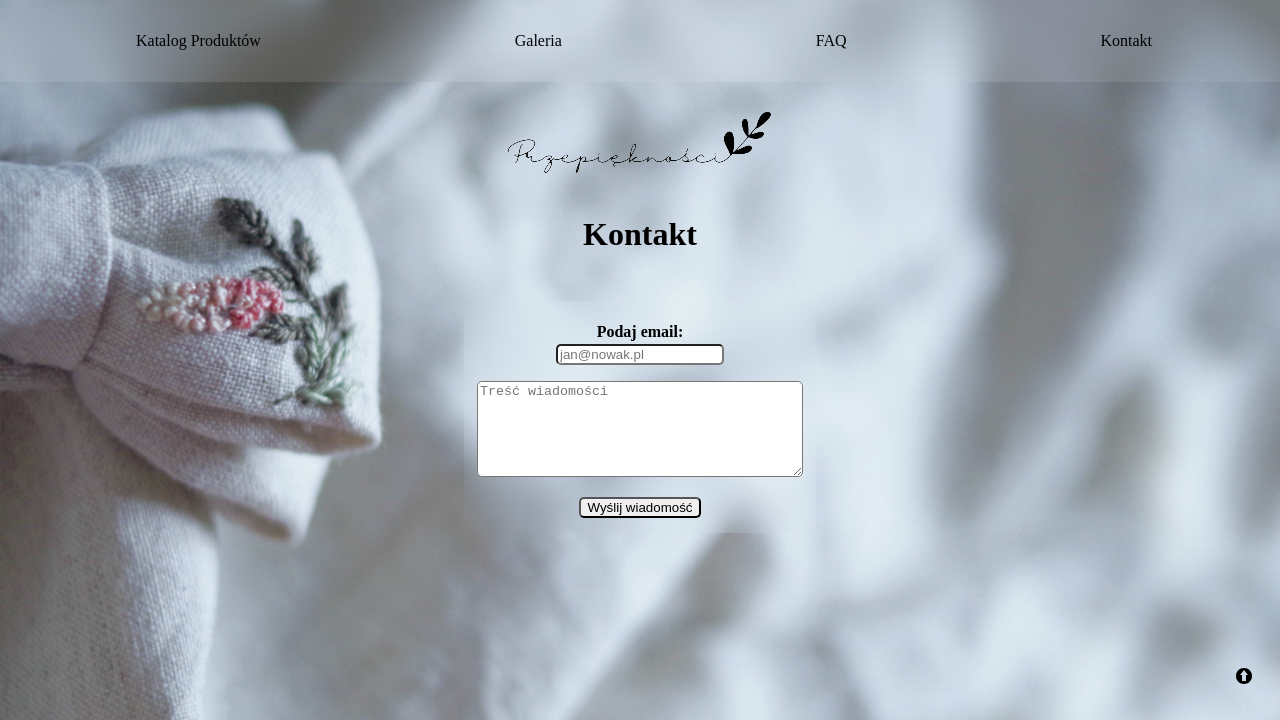
Repository: kowalkos/Rak_projekt
Page: /about
These files come from the project's save history. The page is drawn as it stood at one moment and after the next save; the edit follows.
The browser window is 1280 px wide. The pictures show the whole page.
The project was rebuilt for these pictures with package versions that can differ from the ones it lists, and the page was loaded fresh each time. Also part of the build but not shown: src/components/produkty/Produkt.css, src/components/produkty/produkt.js, src/components/galeria/Galeria.css, src/components/galeria/Galeria.js, src/components/main/Main.js, src/components/FAQ/Faq.js.

Above is the page before, as saved 2022-01-19 15:00:29.

After the next save:
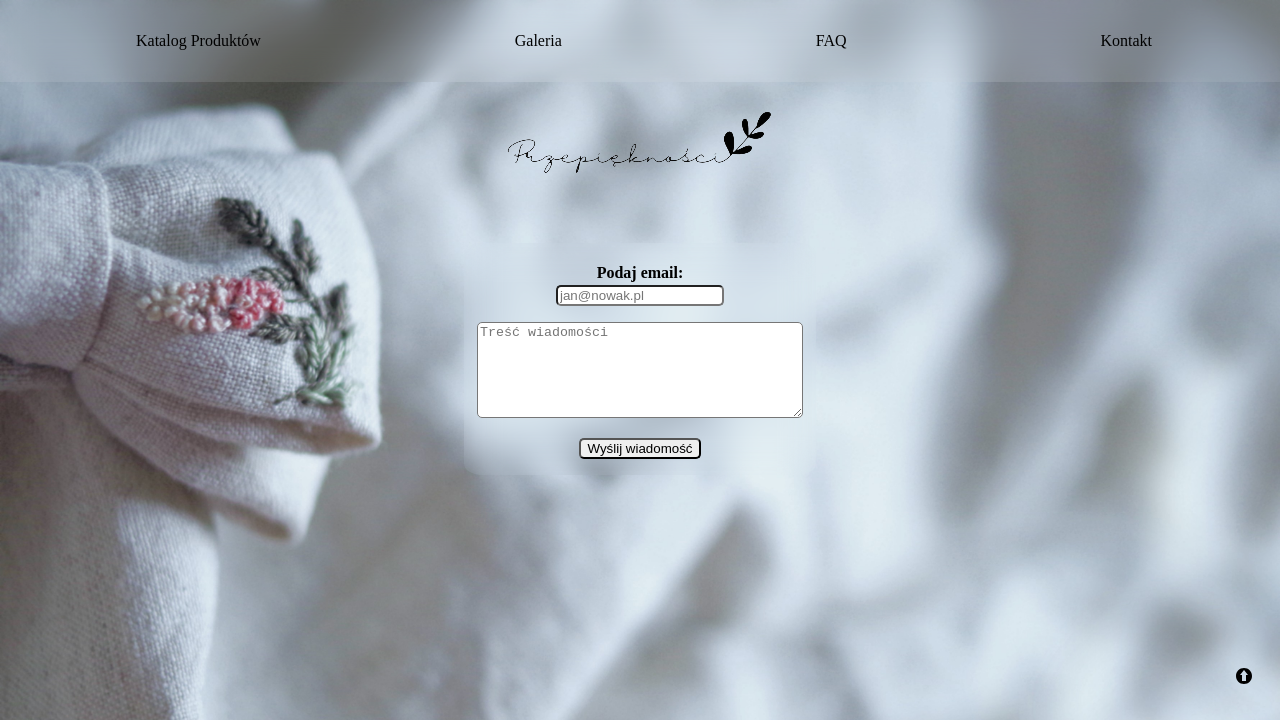
Saved 69 s later.
--- a/src/components/about/About.js
+++ b/src/components/about/About.js
@@ -1,7 +1,7 @@
 import "./About.css"
 function About(props) {
     return <div>
-                   <h1 >Kontakt</h1>
+
         <div className="blok">
 
             <form>
